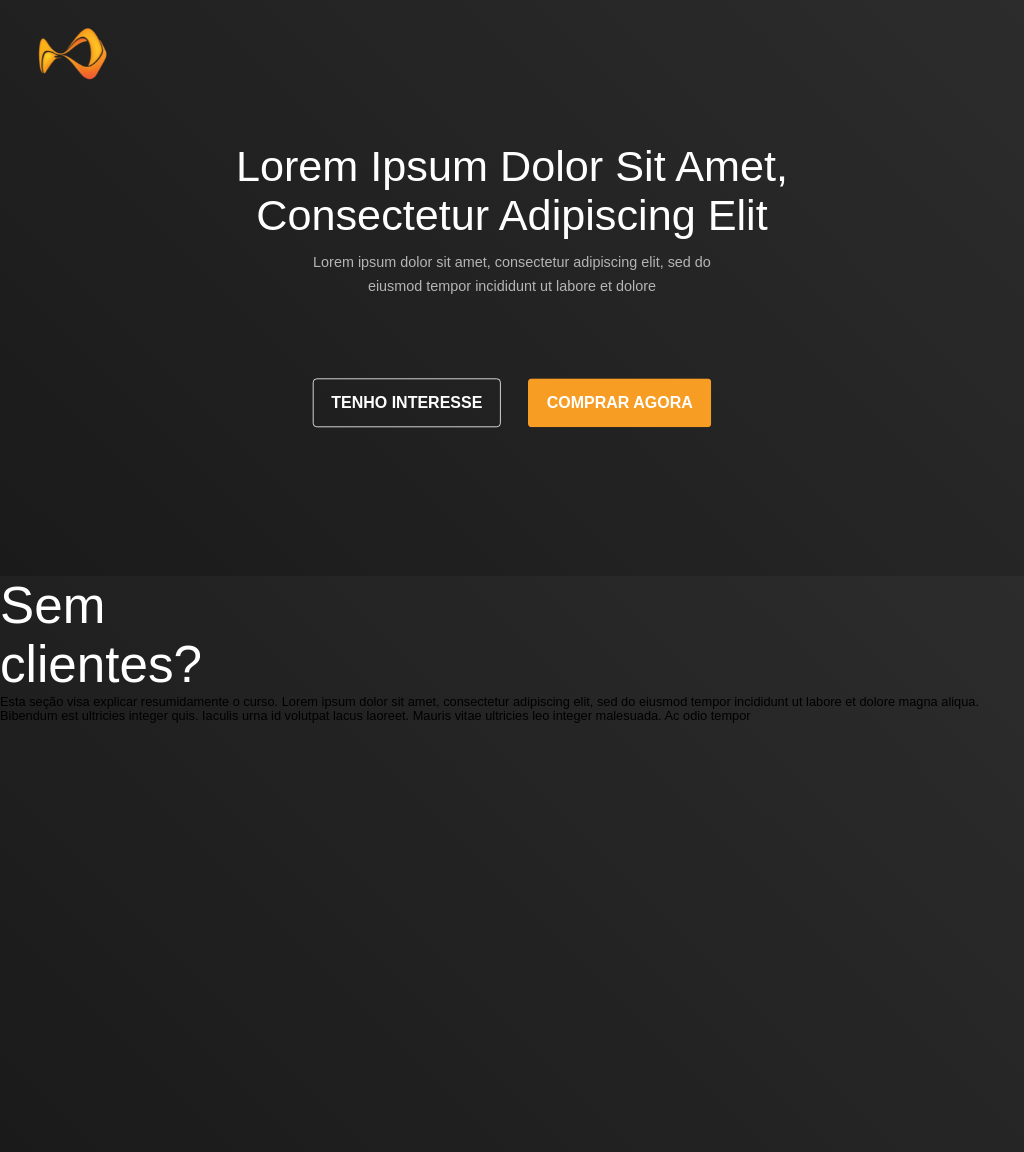
Repository: Rafael-Araujo-dev/Treinamento-Raccoon
Page: Projeto-2/index.html
These files come from the project's save history. The page is drawn as it stood at one moment and after a run of saves; the edit follows.
The browser window is 1280 px wide. The pictures show the whole page, at 80% of full size.
Some web fonts or font styles are not loaded; a fallback is used.

Above is the page before, as saved 2021-09-23 07:53:55.

### Projeto-2/index.html
<!DOCTYPE html>
<html>
    <head>
        <title></title>
        <meta charset="utf-8"/>
        <meta name="viewport" content="width=device-width,initial-scale=1.0,maximum-scale=1.0">
        <link rel="preconnect" href="https://fonts.googleapis.com">
        <link rel="preconnect" href="https://fonts.gstatic.com" crossorigin>
        <link href="https://fonts.googleapis.com/css2?family=Yantramanav:wght@300;400;700&display=swap" rel="stylesheet">
        <link rel="stylesheet" href="css/style.css"/>
    </head>
    <body>
        <section class="hero-section">
            <div class="hero-header">
                <img class="logo" src="images/LOGOSYNAPSE_simbolo_laranja.png"/>
            </div>
            <div class="hero-container">
                <div class="hero-title">
                    Lorem ipsum dolor sit amet,<br>
                    consectetur adipiscing elit
                </div>
                <div class="hero-text">
                    Lorem ipsum dolor sit amet, consectetur adipiscing elit, sed do eiusmod tempor incididunt ut labore et dolore
                </div>
            </div>
            <div class="hero-btn-group">
                <button class="btn secondary">
                    Tenho interesse
                </button>
                <button class="btn primary">
                    Comprar agora
                </button>
            </div>
        </section>

        <section class="course-summary">
            <div class="container">
                <div class="col m">
                    <div class="title">
                        Sem<br>clientes?
                    </div>
                    <div class="text">
                        Esta seção visa explicar resumidamente o curso. Lorem ipsum dolor sit amet, consectetur adipiscing elit, sed do eiusmod tempor incididunt ut labore et dolore magna aliqua. Bibendum est ultricies integer quis. Iaculis urna id volutpat lacus laoreet. Mauris vitae ultricies leo integer malesuada. Ac odio tempor
                    </div>
                </div>
                <div class="col l">

                </div>
            </div>
        </section>

    </body>
</html>

### Projeto-2/css/style.css
* {
    margin: 0;
    padding: 0;
    box-sizing: border-box;
    font-family: 'Yantramanav', sans-serif;
}

.btn {
    font-size: 20px;
    text-transform: uppercase;
    padding: 18px 22px;
    margin: 0px 15px 24px 15px;
    font-weight: bold;
}

@media (max-width: 890px) {
    .btn {
        font-size: 20px;
    }
}

@media (max-width: 645px) {
    .btn {
        font-size: 17px;
    }
}

@media (max-width: 500px) {
    .btn {
        font-size: 16px;
    }
}

.btn.primary {
    background-color: #F89D24;
    border: 1px solid transparent;
    border-radius: 5px;
    color: #FFF;
}

.btn.secondary {
    background-color: transparent;
    border: 1px solid #FFF;
    border-radius: 5px;
    color: #FFF;
}

.hero-section {
    background: rgb(26,26,26);
    background: linear-gradient(45deg, rgba(26,26,26,1) 0%, rgba(44,44,44,1) 100%);
    min-height: 100vh;
    display: flex;
    flex-direction: column;
    justify-content: space-around;
}

.hero-header .logo {
    margin-left: 3.15%;
    margin-top: 2%;
    width: 12.1%;
    max-width: 100px;
}

.hero-container {
    position: relative;
    margin: auto;
    display: flex;
    flex-direction: column;
    flex-wrap: wrap;
}

@media (max-width: 1240px) {
    .hero-container {
        width: 60%;
    }
}

@media (max-width: 1028px) {
    .hero-container {
        width: 70%;
    }
}

@media (max-width: 890px) {
    .hero-container {
        width: 80%;
    }
}

.hero-title, .hero-text {
    color: #FFFFFF;
    text-align: center;
}

.hero-title {
    font-size: 54px;
    /* margin-top: 15.5vh; */
    text-transform: capitalize;
}

@media (max-width: 890px) {
    .hero-title {
        /* margin-top: 14%; */
        font-size: 45px;
    }
}

@media (max-width: 645px) {
    .hero-title {
        /* margin-top: 8%; */
        font-size: 40.5px;
    }
}

@media (max-width: 500px) {
    .hero-title {
        /* margin-top: 0%; */
    }
}

.hero-text {
    color: #B5B5B5;
    font-size: 18px;
    width: 60%;
    margin-top: 1.8vh;
    line-height: 30px;
    align-self: center;
    margin-bottom: 35px;
}

@media (max-width: 1024px) {
    .hero-text {
        width: 80%;
    }
}

@media (max-width: 890px) {
    .hero-text {

        font-size: 15px;
        width: 50%;
    }
}

@media (max-width: 645px) {
    .hero-text {

        font-size: 13.5px;
        width: 80%;
    }
}

@media (max-width: 500px) {
    .hero-text {
        /* margin-top: 5%; */
        width: 100%;
    }
}

.hero-btn-group {
    margin-bottom: 22.5vh;
    text-align: center;
}

.course-summary {
    background: rgb(26,26,26);
    background: linear-gradient(45deg, rgba(26,26,26,1) 0%, rgba(44,44,44,1) 100%);
    min-height: 100vh;
}

.course-summary .col .title {
    font-size: 64px;
    color: #FFFFFF;
}

After the next 21 saves:
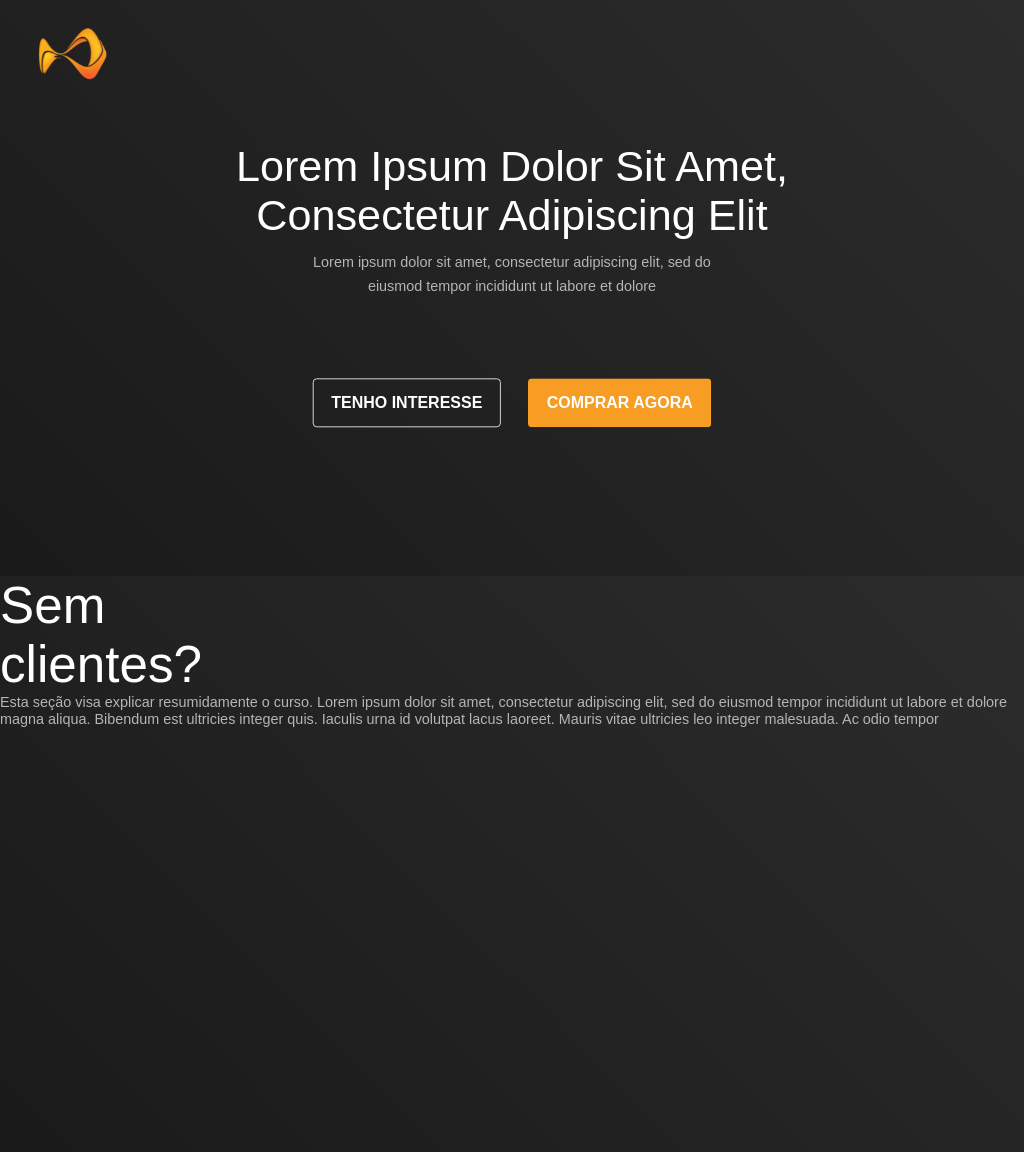
The 21 saves are shown as one change because they came seconds apart.
The last was saved 50 s later.
--- a/Projeto-2/css/style.css
+++ b/Projeto-2/css/style.css
@@ -172,3 +172,8 @@
     font-size: 64px;
     color: #FFFFFF;
 }
+
+.course-summary .col .text {
+    font-size: 18px;
+    color: #B5B5B5;
+}
